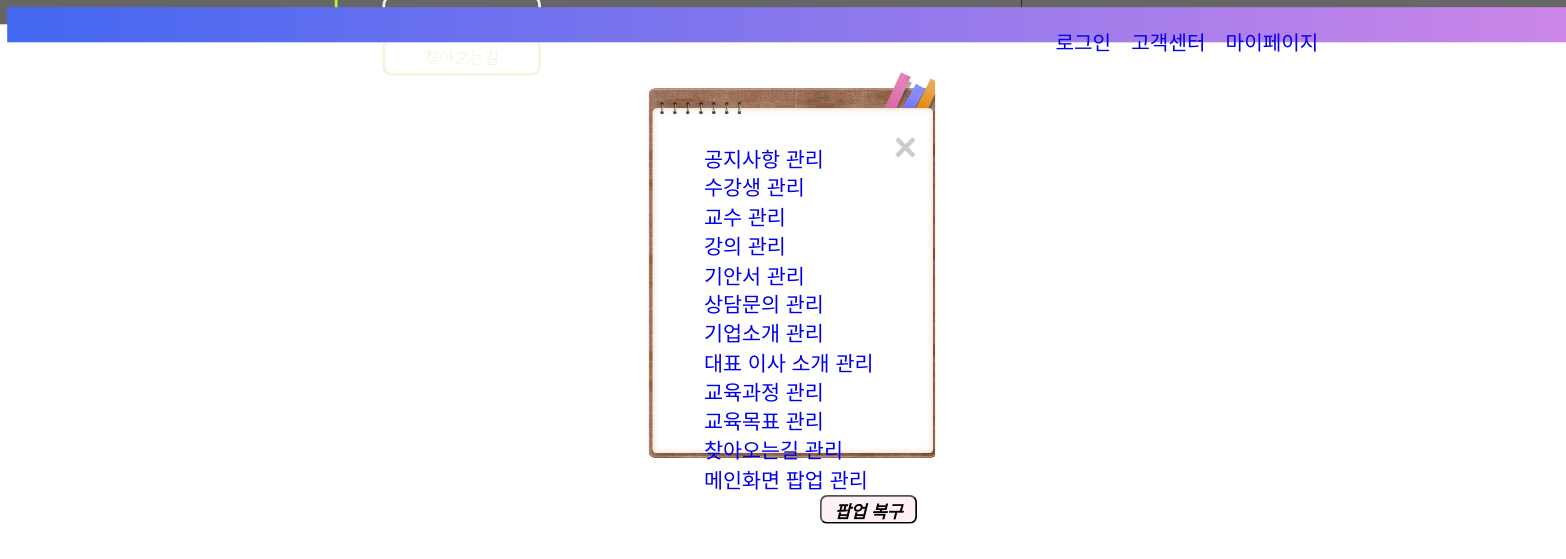
Repository: dldbfl/finalProject
Page: http://localhost/team4_project/WEB-INF/tiles/header.jsp
An editor plug-in stored every save of this project. The page is shown before and after the next save, followed by the edit.
The browser window is 1280 px wide. The page is 1740 px wide, so the pictures cover 1740 px, including what lies to the right of the window. The pictures show the whole page, at 90% of full size.
The page is served by Tomcat 9. Nobody is signed in. The template is opened directly, without the code that normally fills it, so the values that code supplies are empty.

Above is the page before, as saved 2020-07-08 07:59:15.
Console error: ReferenceError: $ is not defined

After the next save:
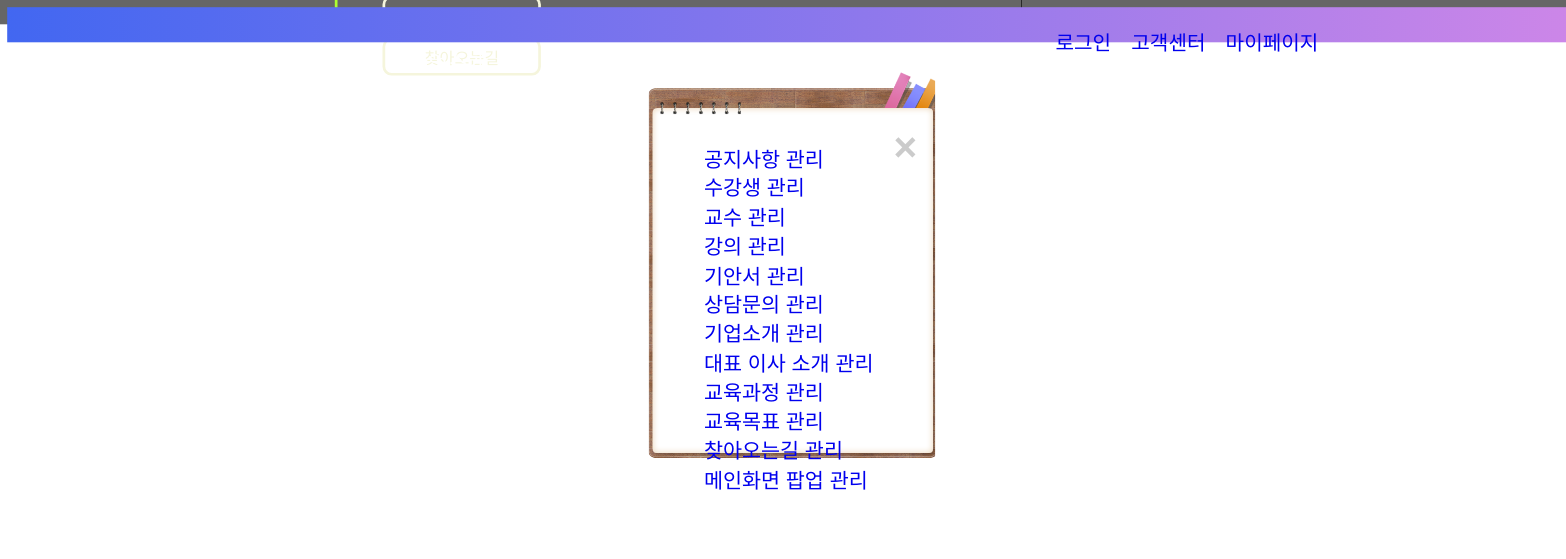
Saved 3 min 15 s later.
--- a/team4_project/src/main/webapp/WEB-INF/tiles/header.jsp
+++ b/team4_project/src/main/webapp/WEB-INF/tiles/header.jsp
@@ -332,9 +332,9 @@ background: linear-gradient(to right, #4267f1, #cc86e8); /* W3C, IE 10+/ Edge, F
 			</div>
 			<div class="link">
 				<a href="<%=request.getContextPath()%>/manager/popup" >메인화면 팝업 관리</a>
-				<button id = "resetpopup">
+				<!-- <button id = "resetpopup">
 					<i class="fa">팝업 복구</i>
-				</button>
+				</button> -->
 			</div>
 	    </div>
     </div>
